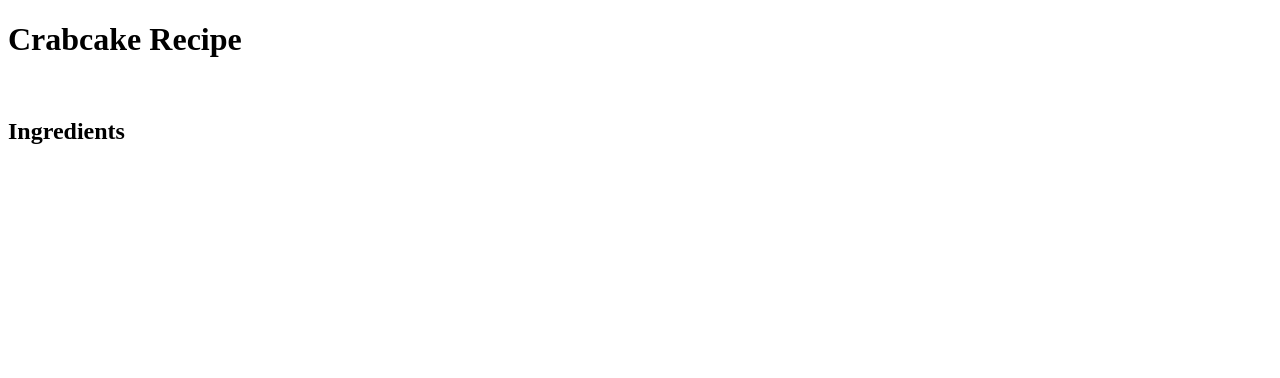
Repository: ri144/JavaWebCourse
Page: CrabcakeWebsite/WebContent/NewFile.html
An editor plug-in stored every save of this project. The page is shown before and after the next save, followed by the edit.
The browser window is 1280 px wide. The pictures show the whole page.

Above is the page before, as saved 2017-06-13 13:19:55.

After the next save:
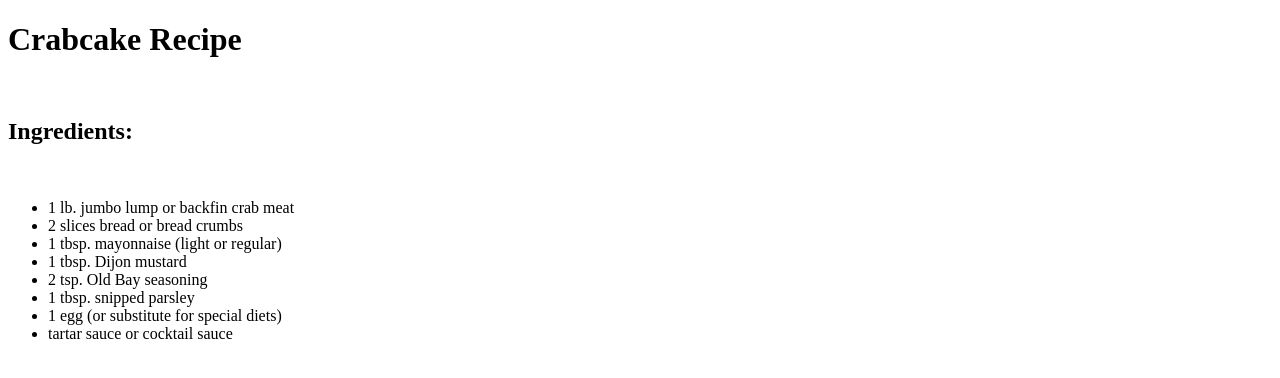
Saved 5 min 20 s later.
--- a/CrabcakeWebsite/WebContent/NewFile.html
+++ b/CrabcakeWebsite/WebContent/NewFile.html
@@ -7,6 +7,17 @@
 <body>
 <h1>Crabcake Recipe</h1>
 <br>
-<h2>Ingredients</h2>
+<h2>Ingredients:</h2>
+<br>
+<Ul><li>1 lb. jumbo lump or backfin crab meat</li>
+<li>2 slices bread or bread crumbs</li>
+<li>1 tbsp. mayonnaise (light or regular)</li>
+<li> 1 tbsp. Dijon mustard</li>
+<li>2 tsp. Old Bay seasoning</li>
+<li>1 tbsp. snipped parsley</li>
+<li>1 egg (or substitute for special diets)</li>
+<li>tartar sauce or cocktail sauce</li>
+</Ul>
+
 </body>
 </html>
